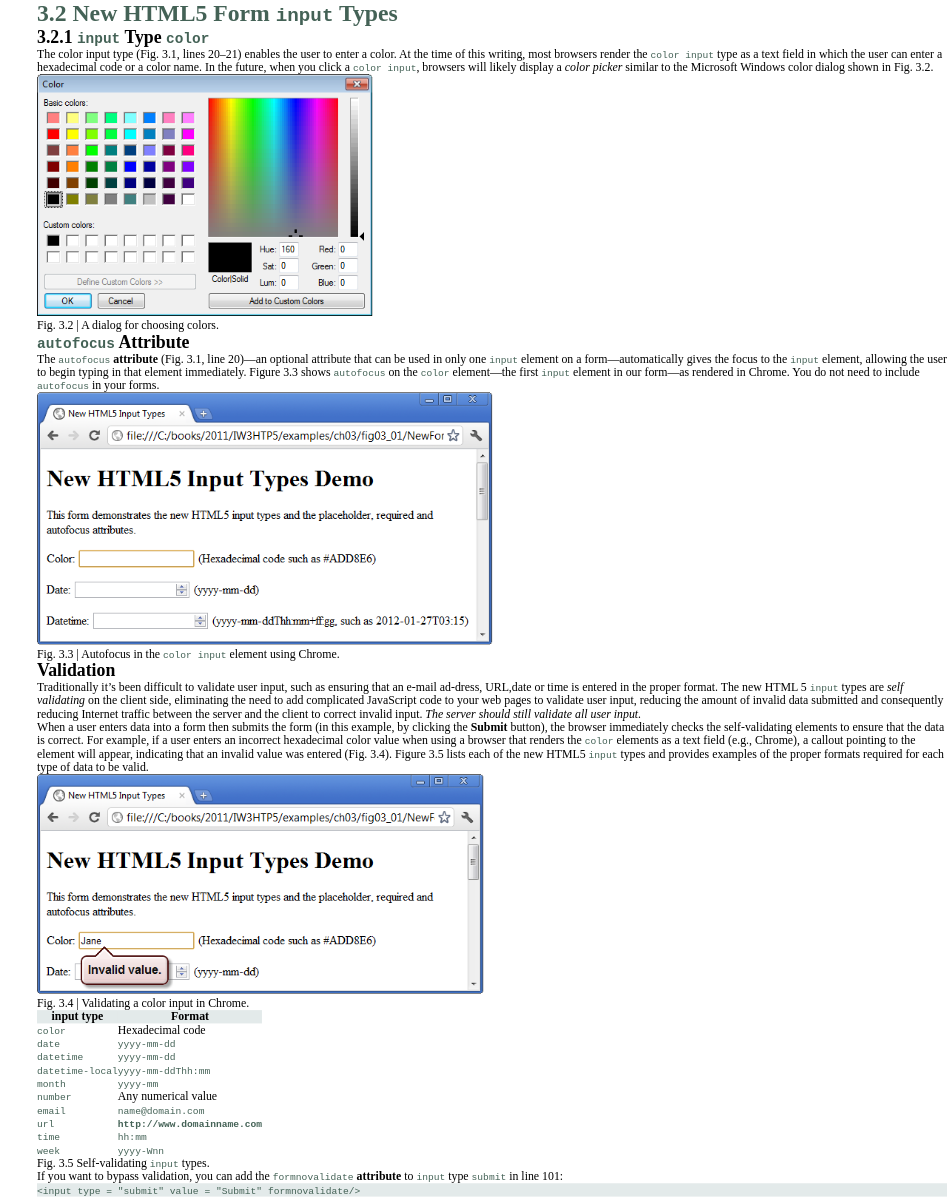
Repository: mlmEFSC21/P4-Textbook-Copy
Page: index.html
An editor plug-in stored every save of this project. The page is shown before and after the next save, followed by the edit.
The browser window is 1280 px wide. The pictures show the whole page, at 74% of full size.

Above is the page before, as saved 2022-02-03 15:41:20.

After the next save:
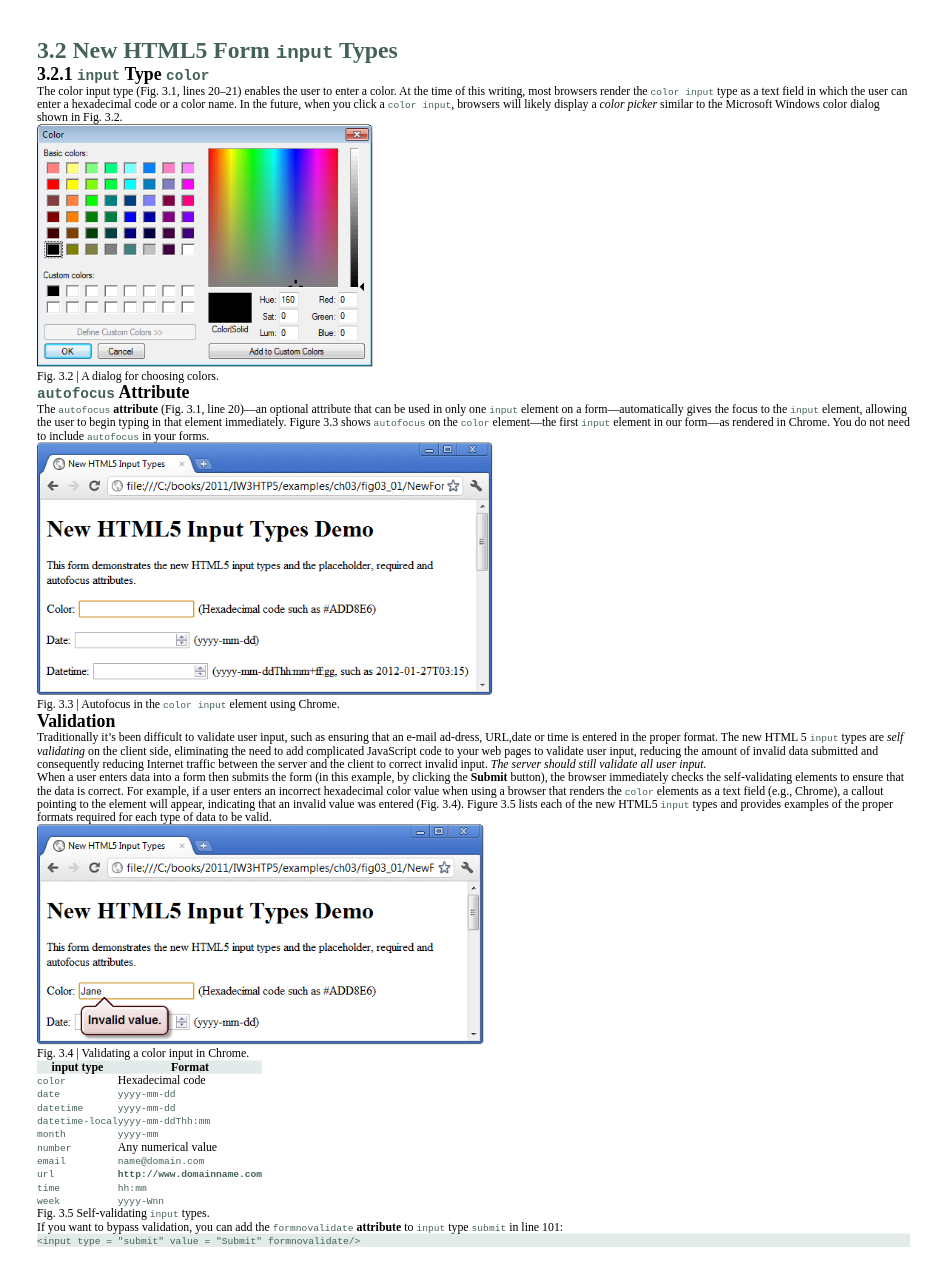
Saved 7 s later.
--- a/bookStyles.css
+++ b/bookStyles.css
@@ -15,7 +15,7 @@
     box-sizing: border-box;
 }
 body {
-    margin-left: 50px;
+    margin: 50px;
     padding: auto;
     background-color: var(--clr-background);
     color: var(--clr-font-prime);
